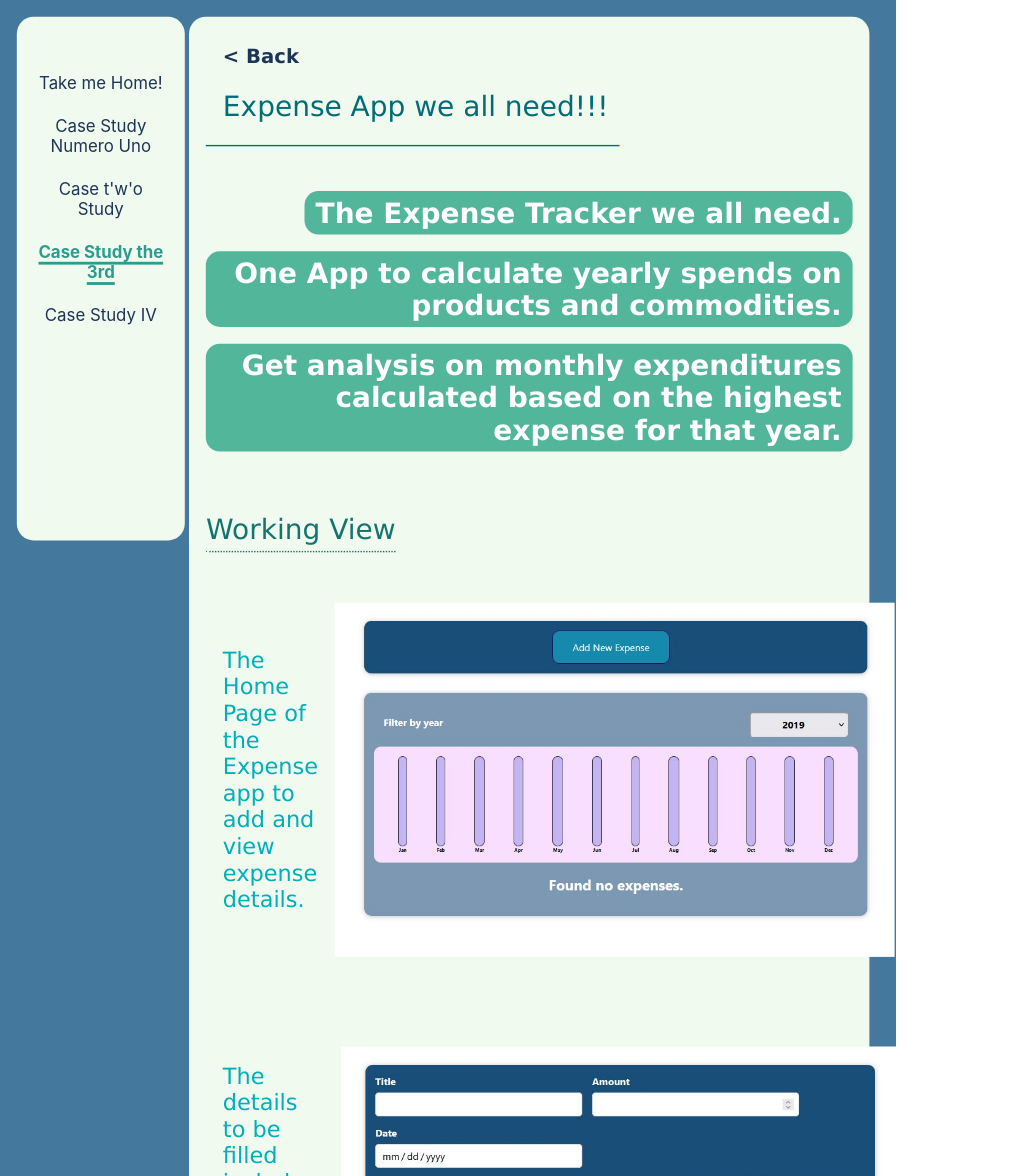
Repository: niranjangp/portfolioReact
Page: /cs-three
These files come from the project's save history. The page is drawn as it stood at one moment and after the next save; the edit follows.
The browser window is 1280 px wide. The page is 1362 px wide, then 1462 px, so the pictures cover 1462 px, including what lies to the right of the window. The pictures show the part of the page from y = 0 to 1680 px (the page is 5125 px tall before and 5270 px after), at 70% of full size.
The project was rebuilt for these pictures with package versions that can differ from the ones it lists, and the page was loaded fresh each time. Also part of the build but not shown: src/pages/enterDesign.jsx, src/pages/csOne.jsx, src/pages/csTwo.jsx, src/pages/notFound.jsx.

Above is the page before, as saved 2022-02-01 18:54:29.

### public/index.html
<!DOCTYPE html>
<html lang="en">
  <head>
    <meta charset="utf-8" />
    <!--<link rel="icon" href="%PUBLIC_URL%/favicon.ico" />-->
    <meta name="viewport" content="width=device-width, initial-scale=1" />
    <meta name="theme-color" content="#000000" />
    <meta
      name="description"
      content="Web site created using create-react-app"
    />
    <!--<link rel="apple-touch-icon" href="%PUBLIC_URL%/logo192.png" />-->
    <!--
      manifest.json provides metadata used when your web app is installed on a
      user's mobile device or desktop. See https://developers.google.com/web/fundamentals/web-app-manifest/
    -->
    <link rel="manifest" href="%PUBLIC_URL%/manifest.json" />
    <!--
      Notice the use of %PUBLIC_URL% in the tags above.
      It will be replaced with the URL of the `public` folder during the build.
      Only files inside the `public` folder can be referenced from the HTML.

      Unlike "/favicon.ico" or "favicon.ico", "%PUBLIC_URL%/favicon.ico" will
      work correctly both with client-side routing and a non-root public URL.
      Learn how to configure a non-root public URL by running `npm run build`.
    -->
    <title>Portfolio</title>
  </head>
  <body>
    <noscript>You need to enable JavaScript to run this app.</noscript>
    <div id="root"></div>
    <!--
      This HTML file is a template.
      If you open it directly in the browser, you will see an empty page.

      You can add webfonts, meta tags, or analytics to this file.
      The build step will place the bundled scripts into the <body> tag.

      To begin the development, run `npm start` or `yarn start`.
      To create a production bundle, use `npm run build` or `yarn build`.
    -->
  </body>
</html>

### src/index.css
body {
  margin: 0;
  font-family: -apple-system, BlinkMacSystemFont, 'Segoe UI', 'Roboto', 'Oxygen',
    'Ubuntu', 'Cantarell', 'Fira Sans', 'Droid Sans', 'Helvetica Neue',
    sans-serif;
  -webkit-font-smoothing: antialiased;
  -moz-osx-font-smoothing: grayscale;
  box-sizing: border-box;
}

code {
  font-family: source-code-pro, Menlo, Monaco, Consolas, 'Courier New',
    monospace;
}

p {
  margin: 0;
}

### src/App.js
import './App.css';

import { Route, NavLink, Switch, Redirect } from 'react-router-dom';
import EnterTheDesign from './pages/enterDesign';
import CSOne from './pages/csOne';
import CSTwo from './pages/csTwo';
import CSThree from './pages/csThree';
import NotFound from './pages/notFound';

function App() {
  const flatIconLink = "https://www.flaticon.com/free-icons/programmer";
  const wfhIconLink = "https://www.flaticon.com/free-icons/work-from-home";


  return (
    <div className='App'>
      <div className="containerOne">
        <nav className='navigation'>
          <div className='navDiv'>
            <NavLink activeClassName="nav-link active" className="nav-link" to="/enter-the-design">Take me Home!</NavLink>
          </div>
          <div className='navDiv'>
            <NavLink activeClassName="nav-link active" className="nav-link" to="/cs-one">Case Study Numero Uno</NavLink>
          </div>
          <div className='navDiv'>
            <NavLink activeClassName="nav-link active" className="nav-link" to="/cs-two">Case t'w'o Study</NavLink>
          </div>
          <div className='navDiv'>
            <NavLink activeClassName="nav-link active" className="nav-link" to="/cs-three">Case Study the 3rd</NavLink>
          </div>
          <div className='navDiv'>
            <NavLink activeClassName="nav-link active" className="nav-link" to="/cs-four">Case Study IV</NavLink>
          </div>
        </nav>
        <main className='mainOne'>
          <Switch>
            <Route exact path="/" ><Redirect to="/enter-the-design" /></Route>
            <Route path="/enter-the-design" ><EnterTheDesign /></Route>
            <Route exact path="/cs-one" ><CSOne /></Route>
            <Route exact path="/cs-two" ><CSTwo /></Route>
            <Route exact path="/cs-three"><CSThree /></Route>

            <Route path="*"><NotFound /></Route>
          </Switch>
          {/*<div className='firstRow'>
            <div className="width-60">
              <p className='fr-info'>NIRANJAN G P, IS A UI DEVELOPER AT DELOITTE USI</p>
            </div>
            <div className="width-40 img-block">
              <img src={avatarIcon} alt="avatar-icon" className='avtr-img' />
            </div>
          </div>
          <div className='sec-row'>
            <p>Hi, this is Niranjan.</p>
            <p>I Joined Deloitte USI as a campus recruit. Since then I've been part of many innovative and high-intensity projects, coordinating between multiple virtual teams to help complete client deliverables.</p>
            <p>I've been part of the FRONT-END community since 2017 and constantly learning and developing UI and gradually having a go at UX design parallely.</p>
            <p>Currently based in Bengaluru, I have a big love for travel and adventure, also keeping in mind to do my bit to conserve the environment.</p>
            <p>Thanks for stopping by.</p>
          </div>*/}

        </main>
        <footer>
          <div className='footer-info'>
            {/*<p>Niranjan G P</p>*/}
            <p>Design & Develop    |   mailtonirgp@gmail.com</p>
            <p>Please consider the Environment while printing.</p>
          </div>
          <div className='credits'>
            <a href={flatIconLink} title="programmer icons">Programmer icons created by Flat Icons - Flaticon</a>
            <a href={wfhIconLink} title="work from home icons">Work from home icons created by Freepik - Flaticon</a>
            <a href="https://www.flaticon.com/free-icons/fruit" title="fruit icons">Fruit icons created by Freepik - Flaticon</a>
            <a href="https://www.flaticon.com/free-icons/digital-money" title="digital money icons">Digital money icons created by Freepik - Flaticon</a>
          </div>
        </footer>
      </div>

    </div>
  );
}

export default App;

### src/App.css
.containerOne {
  background-color: #45789d;
  padding: 24px;
  position: relative;
}

.mainOne {
  width: 75%;
  margin-left: 20%;
  background-color: #F1FAEE;
  height: 100%;
  border-radius: 1.5rem;
  padding: 24px;
}

.navigation {
  position: absolute;
  top: 24px;
  left: 24px;
  width: 15%;
  height: 660px;
  background-color: #F1FAEE;
  border-radius: 1.5rem;
  padding: 64px 24px 24px;
}

.navDiv {
  padding: 16px 0;
  text-align: center;
}

.nav-link {
  font-size: 24px;
  text-decoration: none;
  color: #1d3557;
}

.nav-link.active {
  color: #2a9d8f;
  font-weight: bold;
  border-bottom: 4px solid #2a9d8f;
}

.fr-info {
  font-size: 3rem;
  font-family: 'Gill Sans', 'Gill Sans MT', Calibri, 'Trebuchet MS', sans-serif;
  padding: 24px 24px 24px 48px;
  color: #1d3557;
}

.firstRow {
  display: flex;
  align-items: center;
  padding: 64px 0;
}

.width-60 {
  width: 60%;
}

.width-40 {
  width: 40%;
}

.fullWidth {
  width: 100%;
}

.img-block {
  text-align: center;
}

.sec-row {
  background-color: #1d3557;
  color: #f1faee;
  border-radius: 0.75rem;
  padding: 64px;
  font-family: 'Lucida Sans', 'Lucida Sans Regular', 'Lucida Grande', 'Lucida Sans Unicode', Geneva, Verdana, sans-serif;
  font-size: 28px;
  text-align: justify;
}

.sec-row p {
  padding: 16px;
}

.centered {
  margin: 3rem auto;
  text-align: center;
  display: flex;
  justify-content: center;
  align-items: center;
}

.linkSel {
  text-decoration: underline;
  font-weight: bold;
}

.third-row {
  display: flex;
  flex-wrap: wrap;
  padding: 96px 24px 0;
}

.card-box {
  width: 50%;
  text-align: center;
  height: 600px;
}

.card {
  width: 400px;
  height: 450px;
  background-color: #ffddd2;
  border-radius: 20px;
  box-shadow: 4px 4px 4px 4px rgba(0, 0, 0, 0.2);
  margin: 3rem auto;
  flex-grow: 1;
  flex-shrink: 1;
  transition: width 500ms ease 0s;
}

.card:hover {
  box-shadow: 4px 4px 4px 8px rgba(0, 0, 0, 0.2);
  width: 420px;
  height: 470px;
  cursor: pointer;
}

.card a {
  text-decoration: none;
}

.card p {
  font-size: 32px;
  padding: 24px;
  color: #1d3557;
  font-family: Verdana, Geneva, Tahoma, sans-serif;
}

.card-icon {
  width: 256px;
  margin-top: 40px;
}

.intro-cs {
  text-align: center;
  font-size: 40px;
  color: #1d3557;
  font-family: 'Trebuchet MS', 'Lucida Sans Unicode', 'Lucida Grande', 'Lucida Sans', Arial, sans-serif;
}

footer {
  width: 75%;
  margin-left: 20%;
  background-color: #cfdbd5;
  height: 100%;
  border-radius: 1.5rem;
  padding: 24px;
  margin-top: 64px;
  color: #223843;
}

.footer-info {
  font-size: 1.5rem;
}

.footer-info p {
  padding: 1rem;
}

.credits {
  padding-left: 16px;
}

.credits a {
  text-decoration: none;
  display: block;
}

.csOne {
  min-height: 660px;
  height: 100%;
  color: #1d3557;
}

.backLink {
  font-size: 28px;
  font-weight: bold;
  padding: 16px 16px 16px 24px;
}

.backLink a {
  text-decoration: none;
  color: #1d3557;

}

.csOneHeader, .csTwoHeader, .cs3Header {
  font-size: 40px;
  padding: 16px 16px 32px 24px;
}

.csOneBody {
  padding: 0 24px;
}

.csOneH {
  font-size: 32px;
  padding-bottom: 8px;
  border-bottom: 2px solid #1d3557;
  margin-bottom: 16px;
  display: inline-block;
}

.csOneC {
  font-size: 28px;
}

.pd-bt {
  padding-bottom: 48px;
}

.pd-bt-small {
  padding-bottom: 24px;
}

.clrp {
  width: 100px;
  height: 40px;
  border-top-right-radius: 20px;
  border-bottom-right-radius: 20px;
  margin-right: 24px;
}

.fir {
  background-color: #0070D2;
}

.sec {
  background-color: #16325C;
}

.thi {
  background-color: #526173;
}

.fou {
  font-family: sans-serif;
  padding-right: 24px;
}

.dp-flx {
  display: flex;
  margin: 16px 40px;
  align-items: center;
}

.flx-bx {
  display: flex;
  align-items: center;
  justify-content: space-evenly;
  margin-bottom: 48px;
}

.flx-bx div {
  font-size: 32px;
}

.mrDesk {
  width: 800px;
}

.last-text {
  font-size: 28px;
  color: #f07167;
  margin: 0 64px 24px;
  text-align: center;
}

.csTwo {
  font-family: 'Franklin Gothic Medium', 'Arial Narrow', Arial, sans-serif;
}

.csTwoHeader {
  color: #e76f51;
}

.csTwoPara {
  color: #0081a7;
  font-size: 28px;
  padding-bottom: 8px;
}

.padd-div {
  padding: 16px 24px 56px;
}

.csTwoRowTwo {
  color: #c81d25;
  font-size: 32px;
  padding-bottom: 16px;
  border-bottom: 2px solid #c81d25;
  margin-bottom: 48px;
}

.textCen {
  text-align: center;
}

.screenName {
  font-size: 24px;
  width: 80%;
  margin: 0 auto;
  margin-bottom: 0px;
  background-color: #284b63;
  color: #fff;
  border-top-left-radius: 12px;
  border-top-right-radius: 12px;
  padding: 8px 0;
}

.scrIcon {
  width: 80%;
  margin: 8px 0 64px;
}

.cs3 {
  font-family: 'Lucida Sans', 'Lucida Sans Regular', 'Lucida Grande', 'Lucida Sans Unicode', Geneva, Verdana, sans-serif;
}

.cs3Header {
  color: #006d77;
  border-bottom: 2px solid #006d77;
  display: inline-block;

}


.right-content {
  text-align: right;
  margin: 64px 0;
}

.exp-para {
  font-size: 40px;
  display: inline-block;
  background-color: #52b69a;
  padding: 8px 16px;
  border-radius: 20px;
  color: #fff;
  font-weight: bold;
  margin-bottom: 24px;
}

.exp-header {
  display: inline-block;
  font-size: 40px;
  color: #14746f;
  padding-bottom: 8px;
  border-bottom: 2px dotted #14746f;
  margin-bottom: 8px;
}

.flexExp {
  display: flex;
  align-items: center;
  justify-content: space-around;
}

.iconText {
  padding: 24px;
  font-size: 32px;
  color: #00afb9;
}

.expIcon {
  margin :64px 0;
  width: 800px;
}
/*.containerOne {
  background-color: #F1FAEE;
}
.mainOne {
  background-color: #a8dadc;
  width: 75%;
  margin-left: 20%;
  /-*background-color: #45789d;*-/
  height: 660px;
}

.p1 {
  color: #1d3557;
}
.p2 {
  color: #f1faee;
}*/

/*.App-logo {
  height: 40vmin;
  pointer-events: none;
}

@media (prefers-reduced-motion: no-preference) {
  .App-logo {
    animation: App-logo-spin infinite 20s linear;
  }
}

.App-header {
  background-color: #282c34;
  min-height: 100vh;
  display: flex;
  flex-direction: column;
  align-items: center;
  justify-content: center;
  font-size: calc(10px + 2vmin);
  color: white;
}

.App-link {
  color: #61dafb;
}*/

@keyframes App-logo-spin {
  from {
    transform: rotate(0deg);
  }

  to {
    transform: rotate(360deg);
  }
}

### src/pages/csThree.jsx
import React from 'react';
import { Link } from 'react-router-dom';
import ExpHome from '../assets/expHome.JPG';
import AddExp from '../assets/addExp.JPG';
import SingleExp from '../assets/singleExp.JPG';
import MultiExp from '../assets/multiExp.JPG'


const csThree = () => {
    return (
        <div className='cs3'>
            <div className="backLink"><Link to="/enter-the-design">{'< Back'}</Link></div>
            <div className='cs3Header'>Expense App we all need!!!</div>
            <div className="exp-body">
                <div className="right-content">
                    <p className="exp-para">The Expense Tracker we all need.</p>
                    <p className="exp-para">One App to calculate yearly spends on products and commodities.</p>
                    <p className="exp-para">Get analysis on monthly expenditures calculated based on the highest expense for that year.</p>
                </div>
                <div>
                    <div className="exp-header">Working View</div>
                    <div className="flexExp"><div className="iconText">The Home Page of the Expense app to add and view expense details.</div><img src={ExpHome} alt="expense-home" className="expIcon"/></div>
                    <div className="flexExp"><div className="iconText">The details to be filled include the name of the expense, the amount and the date of the expense incurred.</div><img src={AddExp} alt="add-expense"  className="expIcon" /></div>
                    <div className="flexExp"><div className="iconText">Screen when there is only one Expense entry for a particular month, capturing the when, how much and the monthly chart of the expenses captured.</div><img src={SingleExp} alt="single-exp" className="expIcon" /></div>
                    <div className="flexExp"><div className="iconText">Screen when multiple expense items are entered with the highest amount in a particular month accounted in a year to be the highest amount in the chart, unless overwritten by any future expenses exceeding the previous highest amount. The subsequent monthly expense details captured are based on the highest month and fill the chart appropriately.</div><img src={MultiExp} alt="multi-exp" className="expIcon" /></div>
                </div>
                <div>
                    <p className="exp-para">The design is card and container based and darker hues are used for color schemes.</p>
                    <p className="exp-para">App is built using ReactJS, implementing CSS design guidelines too.</p>
                </div>
            </div>
            <div className="last-text">To go back, scroll up to find the Back button near the top of the screen or use the navigation links to take you to the home page or to the desired webpage!!!</div>
        </div>
    )
};

export default csThree;

Loaded but not shown: src/index.js (common file); src/reportWebVitals.js (common file)

After the next save:
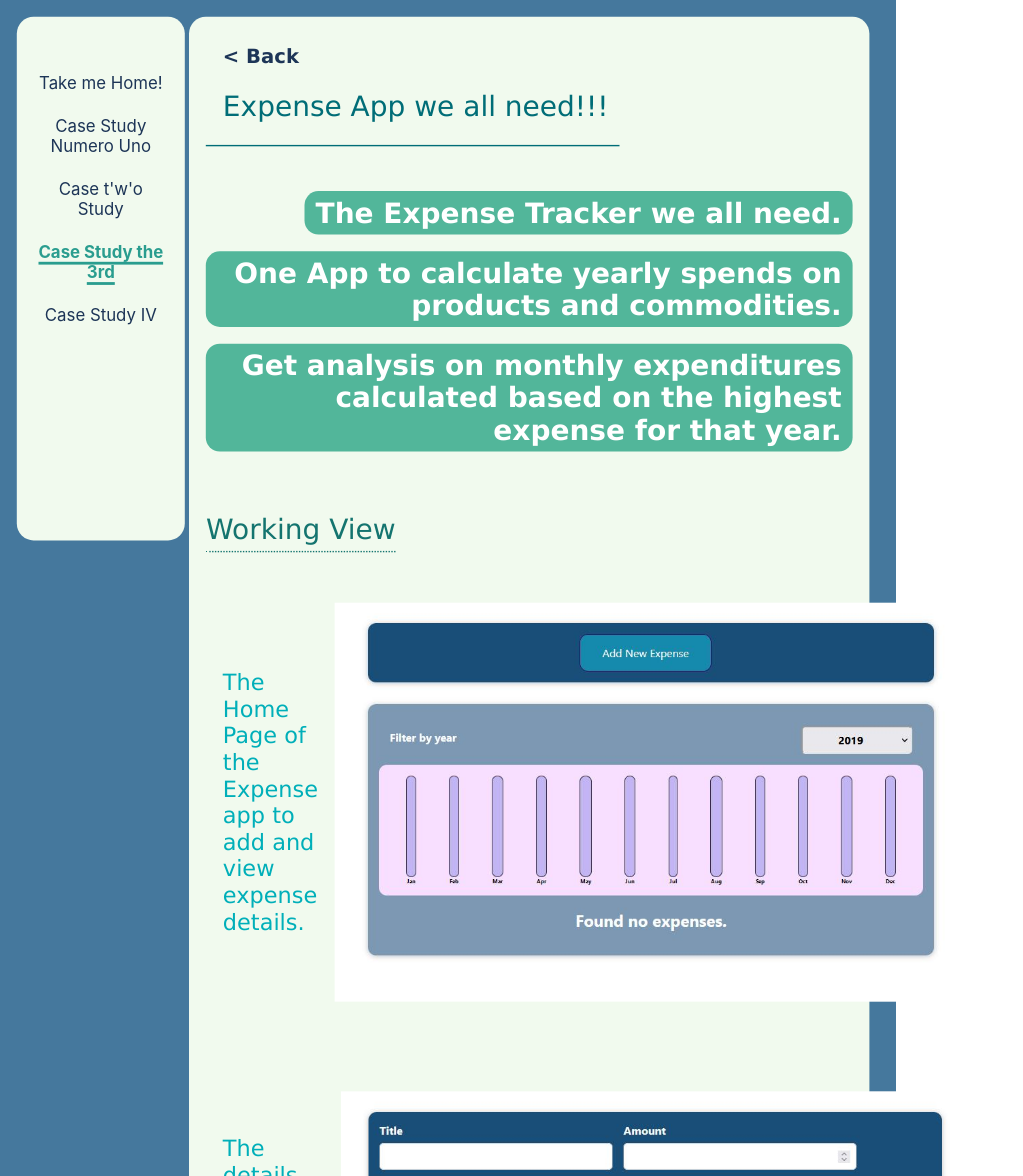
Saved 21 s later.
--- a/src/App.css
+++ b/src/App.css
@@ -377,7 +377,7 @@ footer {
 
 .expIcon {
   margin :64px 0;
-  width: 800px;
+  width: 900px;
 }
 /*.containerOne {
   background-color: #F1FAEE;
